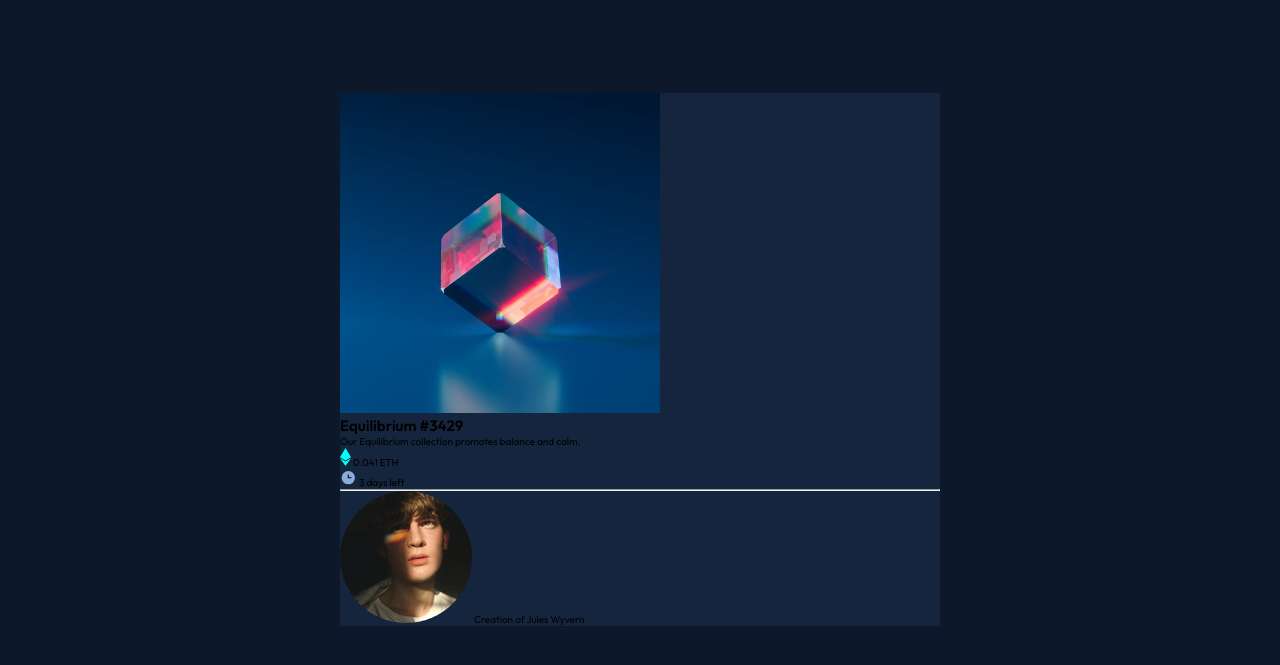
Repository: thaibaocoder1/nft-preview-card-component
Page: index.html
An editor plug-in stored every save of this project. The page is shown before and after a run of saves, followed by the edit.
The browser window is 1280 px wide. The pictures show the whole page.

Above is the page before, as saved 2023-01-06 18:29:29.

After the next 3 saves:
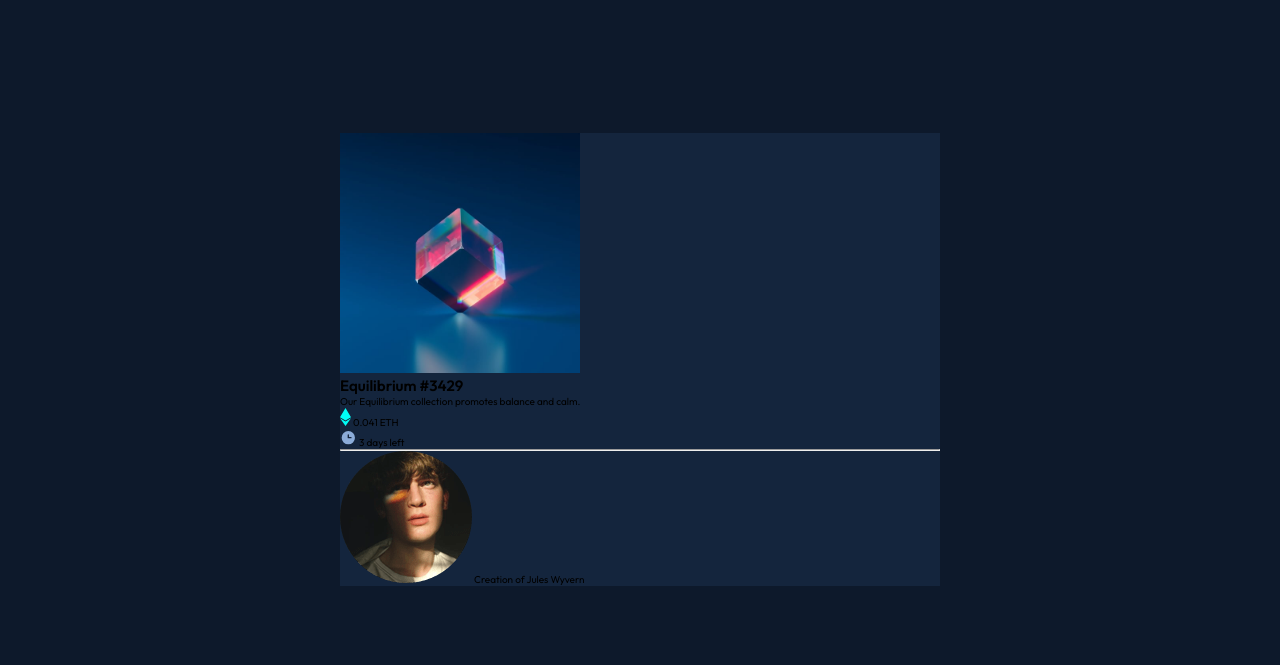
The 3 saves are shown as one change because they came seconds apart.
The last was saved 9 s later.
--- a/style.css
+++ b/style.css
@@ -28,7 +28,7 @@ body {
     background-color: var(--very-dark-blue-card);
 }
 .container .container-img {
-    width: 20rem;
-    height: 20rem;
+    width: 15rem;
+    height: 15rem;
     object-fit: cover;
 }
